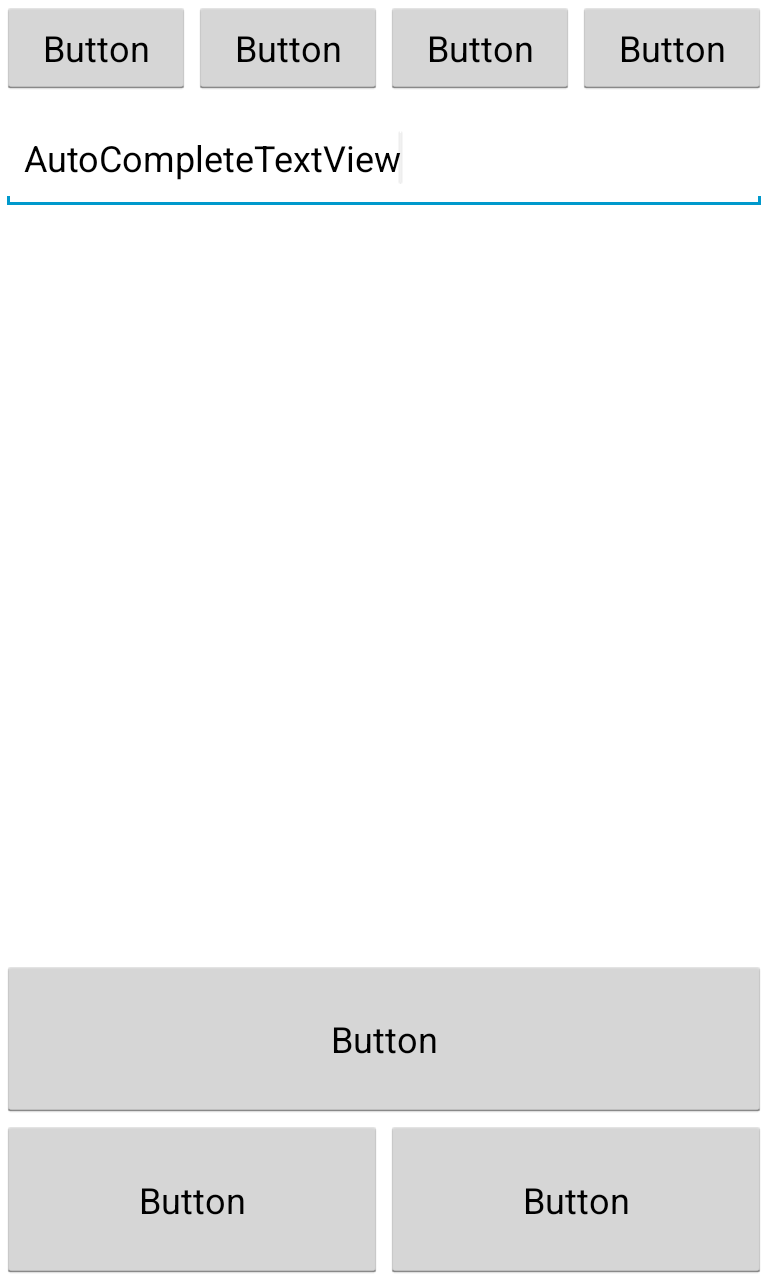
Repository: thinhnk55/android-appshare
Layout: ShareApp/res/layout/activity_main.xml
These files come from the project's save history. The layout is drawn as it stood at one moment and after the next save; the edit follows.
It is drawn on a 768 x 1280 px phone screen (xhdpi) without system bars, with theme AppTheme; the app's code is not run.

Above is the layout before, as saved 2014-07-01 16:31:11.

### ShareApp/res/layout/activity_main.xml
<RelativeLayout xmlns:android="http://schemas.android.com/apk/res/android"
    xmlns:tools="http://schemas.android.com/tools"
    android:layout_width="match_parent"
    android:layout_height="match_parent"
    tools:context=".MainActivity" >

    <LinearLayout
        android:layout_width="match_parent"
        android:layout_height="match_parent"
        android:layout_alignParentLeft="true"
        android:layout_alignParentTop="true"
        android:orientation="vertical"
        android:weightSum="120">

        <LinearLayout
            android:layout_width="match_parent"
            android:layout_weight="10"
            android:weightSum="40" >

            <Button
                android:id="@+id/button2"
                android:layout_height="wrap_content"
                android:layout_weight="10"
                android:text="Button" />

            <Button
                android:id="@+id/button3"
                android:layout_height="wrap_content"
                android:layout_weight="10"
                android:text="Button" />

            <Button
                android:id="@+id/button4"
                android:layout_height="wrap_content"
                android:layout_weight="10"
                android:text="Button" />

            <Button
                android:id="@+id/button5"
                android:layout_height="wrap_content"
                android:layout_weight="10"
                android:text="Button" />

        </LinearLayout>

        <AutoCompleteTextView
            android:id="@+id/autoCompleteTextView1"
            android:layout_width="match_parent"
            android:ems="10"
            android:text="AutoCompleteTextView"
            android:layout_weight="10"  >

            <requestFocus />
        </AutoCompleteTextView>

        <HorizontalScrollView
            android:id="@+id/horizontalScrollView1"
            android:layout_width="wrap_content"
            android:layout_weight="20"  >

            <LinearLayout
                android:layout_width="match_parent"
                android:layout_height="match_parent"
                android:orientation="horizontal" >
            </LinearLayout>
        </HorizontalScrollView>

        <FrameLayout
            android:layout_width="match_parent"
            android:layout_weight="50" >
        </FrameLayout>

        <Button
            android:id="@+id/button1"
            android:layout_width="match_parent"
            android:layout_weight="15"
            android:text="Button" />

        <LinearLayout
            android:layout_width="match_parent"
            android:layout_weight="15"
            android:weightSum="20" >

            <Button
                android:id="@+id/button6"
                android:layout_height="match_parent"
                android:layout_weight="10"
                android:text="Button" />

            <Button
                android:id="@+id/button7"
                android:layout_height="match_parent"
                android:layout_weight="10"
                android:text="Button" />

        </LinearLayout>

    </LinearLayout>

</RelativeLayout>

Loaded but not shown: ShareApp/res/values/styles.xml (common file); ShareApp/res/values-v11/styles.xml (common file); ShareApp/res/values-v14/styles.xml (common file)

After the next save:
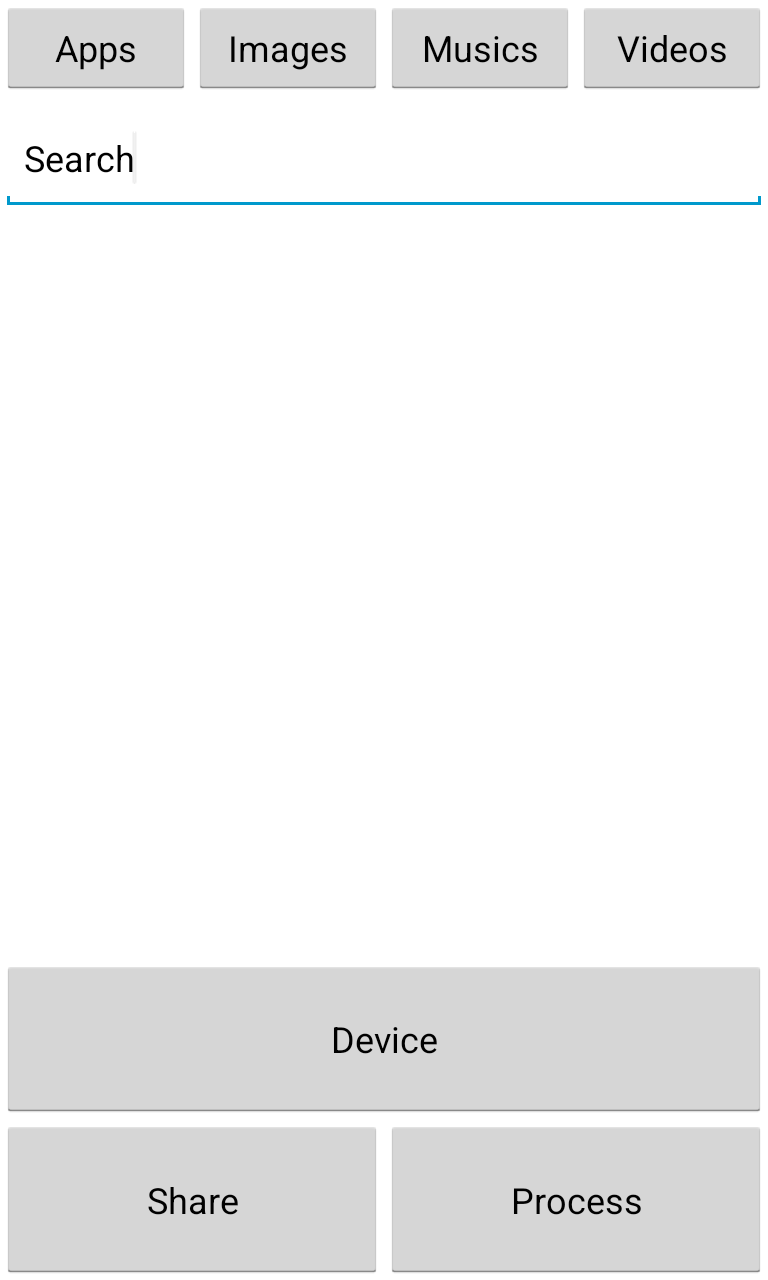
Saved 18 min 5 s later.
--- a/ShareApp/res/layout/activity_main.xml
+++ b/ShareApp/res/layout/activity_main.xml
@@ -21,25 +21,25 @@
                 android:id="@+id/button2"
                 android:layout_height="wrap_content"
                 android:layout_weight="10"
-                android:text="Button" />
+                android:text="Apps" />
 
             <Button
                 android:id="@+id/button3"
                 android:layout_height="wrap_content"
                 android:layout_weight="10"
-                android:text="Button" />
+                android:text="Images" />
 
             <Button
                 android:id="@+id/button4"
                 android:layout_height="wrap_content"
                 android:layout_weight="10"
-                android:text="Button" />
+                android:text="Musics" />
 
             <Button
                 android:id="@+id/button5"
                 android:layout_height="wrap_content"
                 android:layout_weight="10"
-                android:text="Button" />
+                android:text="Videos" />
 
         </LinearLayout>
 
@@ -47,7 +47,7 @@
             android:id="@+id/autoCompleteTextView1"
             android:layout_width="match_parent"
             android:ems="10"
-            android:text="AutoCompleteTextView"
+            android:text="Search"
             android:layout_weight="10"  >
 
             <requestFocus />
@@ -74,7 +74,7 @@
             android:id="@+id/button1"
             android:layout_width="match_parent"
             android:layout_weight="15"
-            android:text="Button" />
+            android:text="Device" />
 
         <LinearLayout
             android:layout_width="match_parent"
@@ -85,13 +85,13 @@
                 android:id="@+id/button6"
                 android:layout_height="match_parent"
                 android:layout_weight="10"
-                android:text="Button" />
+                android:text="Share" />
 
             <Button
                 android:id="@+id/button7"
                 android:layout_height="match_parent"
                 android:layout_weight="10"
-                android:text="Button" />
+                android:text="Process" />
 
         </LinearLayout>
 
